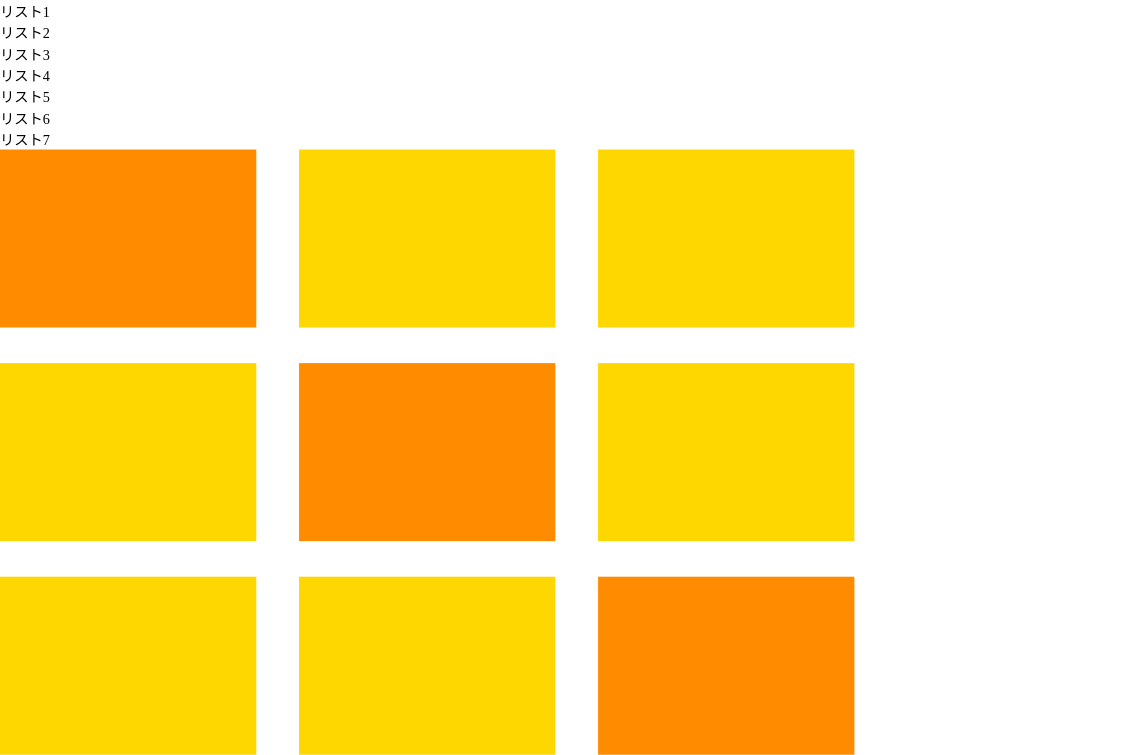
Repository: tkikokiko/webcamp-practice
Page: 1-8/index1-8.html
The author's editor kept a record of every edit. The page is drawn from the files as they stood at one moment, then again after the next edit.
The browser window is 1280 px wide. The pictures show the whole page, at 89% of full size.

Above is the page before.

After the next edit:
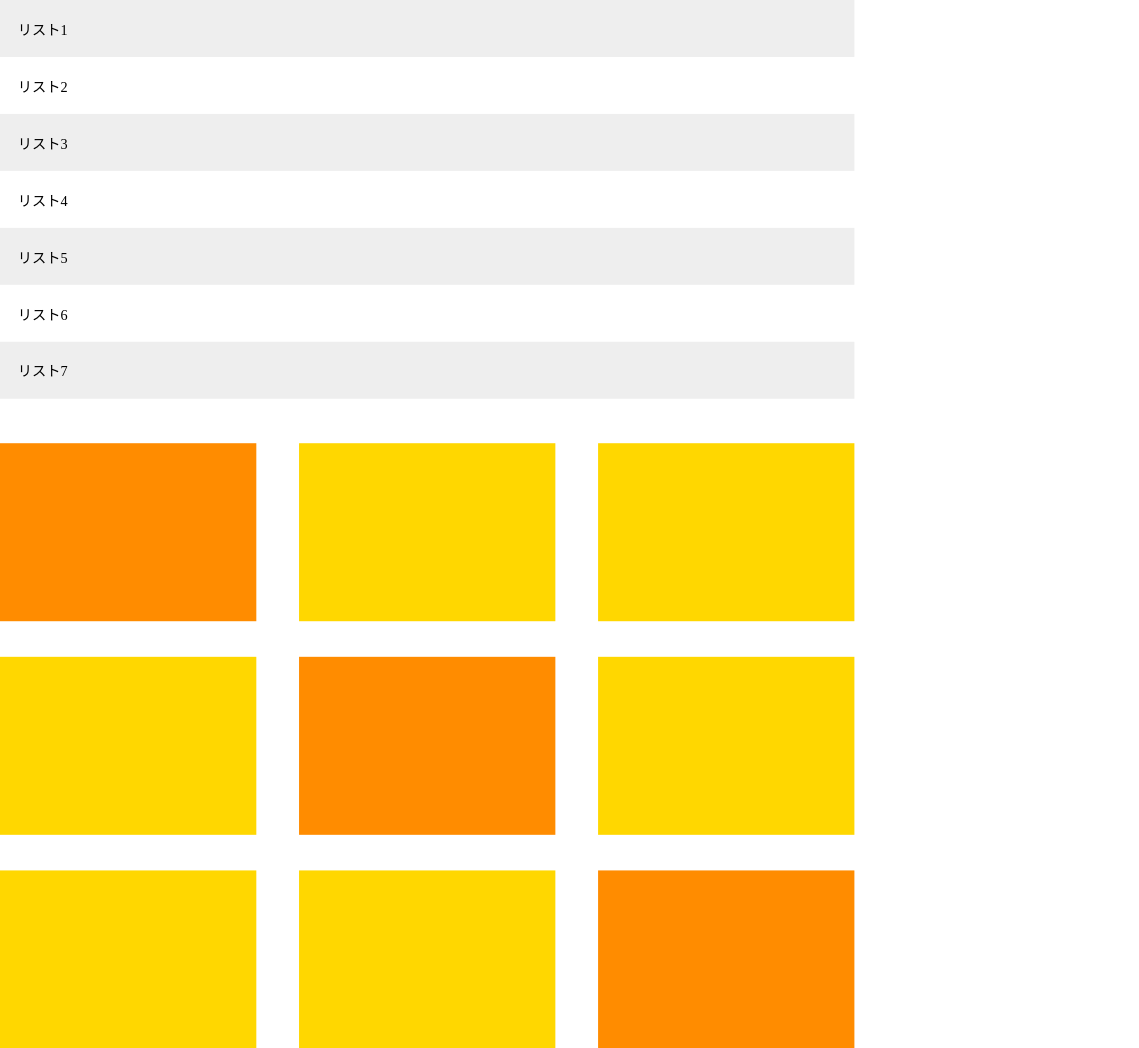
The edit:
--- a/1-8/style1-8.css
+++ b/1-8/style1-8.css
@@ -9,6 +9,18 @@
   margin; 50px;
 }
 
+.item-list {
+  margin-bottom: 50px;
+}
+
+.item {
+  padding: 20px;
+  list-style: none;
+}
+
+.item:nth-child(odd) {
+  background-color: #eee;
+}
 
 /*.list {*/
   /*display: flex;*/
